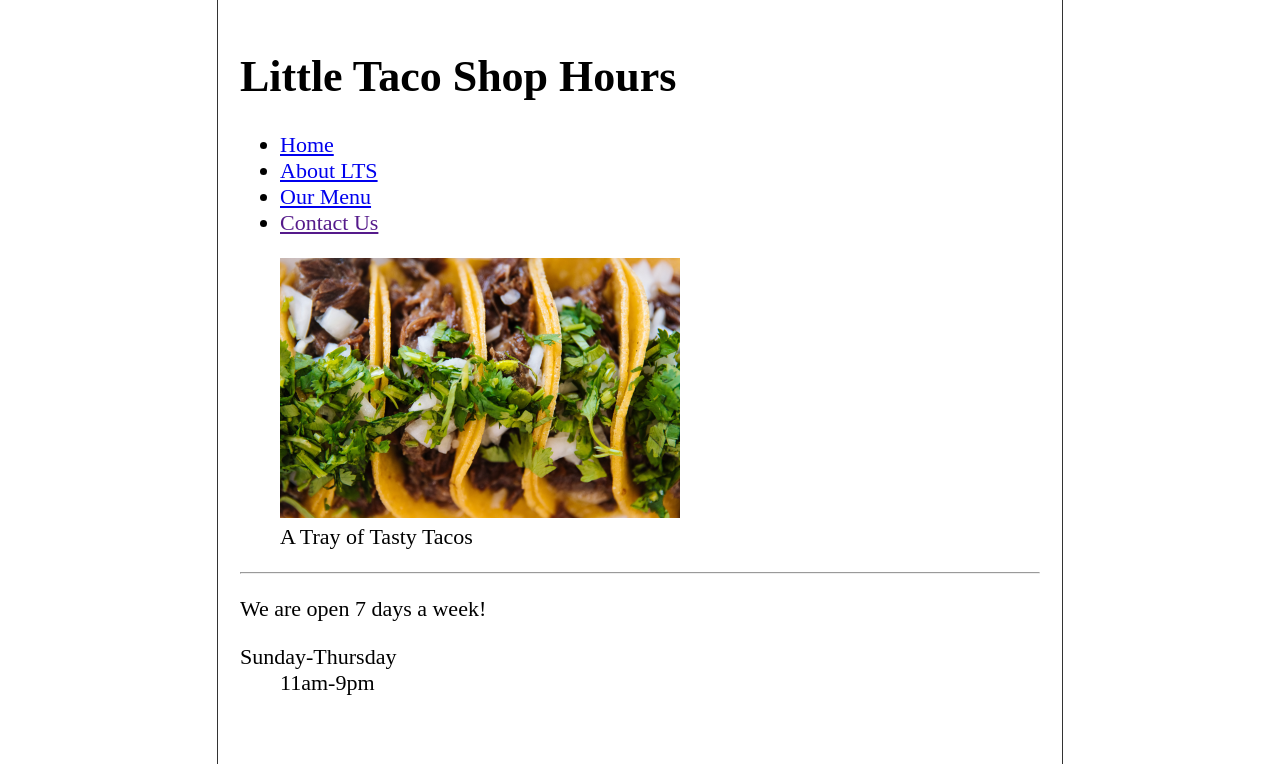
Repository: Israa-Odeh/html-basics-project
Page: hours.html
An editor plug-in stored every save of this project. The page is shown before and after the next save, followed by the edit.
The browser window is 1280 px wide. The pictures show the whole page.

Above is the page before, as saved 2024-08-20 02:41:25.

After the next save:
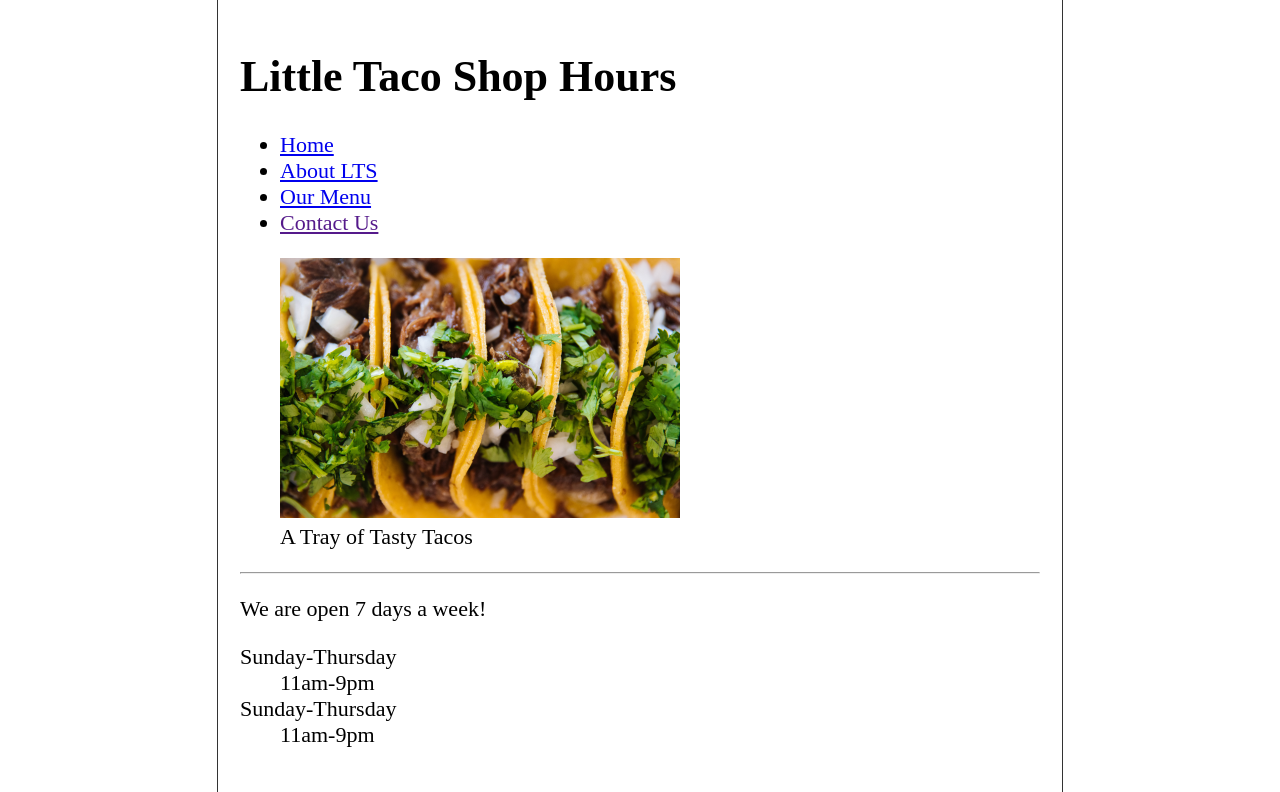
Saved 12 s later.
--- a/hours.html
+++ b/hours.html
@@ -45,6 +45,8 @@
             <dl>
                 <dt>Sunday-Thursday</dt>
                 <dd><time datetime="11:00">11am</time>-<time datetime="21:00">9pm</time></dd>
+                <dt>Sunday-Thursday</dt>
+                <dd><time datetime="11:00">11am</time>-<time datetime="21:00">9pm</time></dd>
             </dl>
         </section>
 
